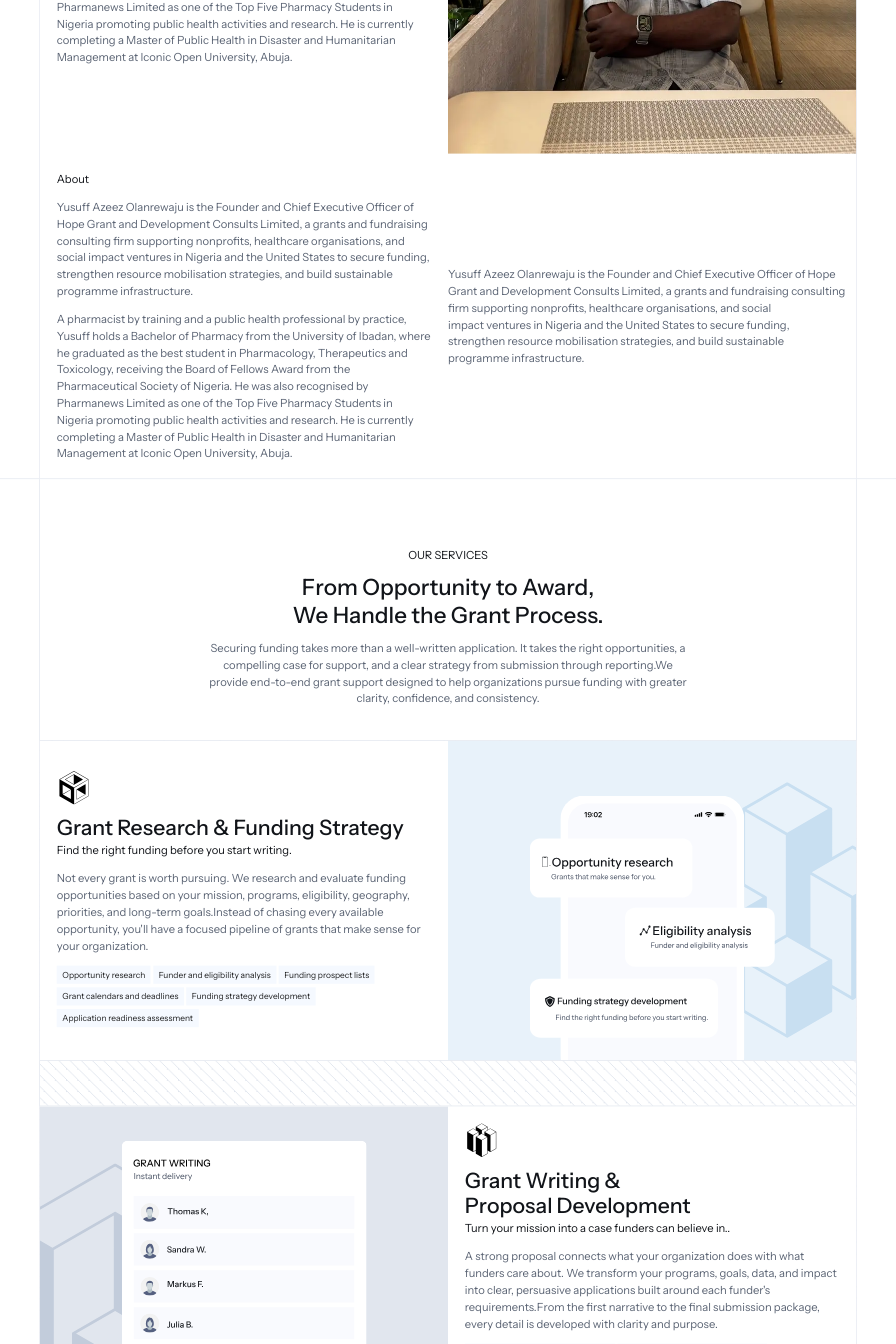
Repository: Ajeyinka/Upgrowth
Page: about.html
These files come from the project's save history. The page is drawn as it stood at one moment and after the next save; the edit follows.
The browser window is 1280 px wide. The pictures show the part of the page from y = 558 to 2478 px (the page is 5331 px tall before and 5307 px after), at 70% of full size.

Above is the page before, as saved 2026-09-24 18:39:06.

### about.html
<!doctype html>
<html lang="en">
  <head>
    <meta charset="UTF-8" />
    <meta name="viewport" content="width=device-width, initial-scale=1.0" />
     <meta
      name="description"
      content="Granted Advisors specialize in helping you scale your impact and secure resources they need to fulfill their mission"
    />
    <meta name="author" content="designer_0layinka" />
    <meta name="robots" content="index, follow" />
    <title>UpGrowth Consulting | grant writing service</title>
    <link rel="stylesheet" href="styles.css" />
    <link rel="icon" type="image/svg" href="images/logo.svg">
     <script src="script.js" defer></script>
  </head>
  <body>

    <nav class="navbar">
      <div class="nav-wrapper">
        <a class="logo" href="/">
           Hope Consults
        </a>

      <ul class="nav-list">
        <li><a href="#about">About Us</a></li>
        <li><a href="#services">Services</a></li>
        <li><a href="#approach">Approach</a></li>
        <li><a href="#faq">Faq</a></li>
      </ul>
      <div class="btn-wrap">
        <a href="contact.html" class="primary-btn"
          >Get in Touch
           <svg xmlns:xlink="http://www.w3.org/1999/xlink"  width="100%" height="100%" viewBox="0 0 16 17" fill="currentColor" xmlns="http://www.w3.org/2000/svg">
<path opacity="0.5" d="M2.66659 8C2.53398 8 2.4068 8.05268 2.31303 8.14645C2.21926 8.24021 2.16659 8.36739 2.16659 8.5C2.16659 8.63261 2.21926 8.75978 2.31303 8.85355C2.4068 8.94732 2.53398 9 2.66659 9L2.66659 8ZM2.66659 9L13.3333 9L13.3333 8L2.66659 8L2.66659 9Z" fill="currentColor"></path>
<path d="M13.9152 8.02637C14.1555 8.32095 14.138 8.75567 13.8634 9.03028L9.86341 13.0303C9.57051 13.3232 9.09575 13.3232 8.80286 13.0303C8.50997 12.7374 8.50997 12.2626 8.80286 11.9697L12.2726 8.5L8.80286 5.03028C8.50997 4.73738 8.50997 4.26262 8.80286 3.96973C9.09575 3.67684 9.57052 3.67684 9.86341 3.96973L13.8634 7.96973L13.9152 8.02637Z" fill="currentColor"></path>
</svg>
        </a>
      </div>
      <div class="btn-toggle-hold">
              <a href="#" class="toggle_button" id="toggle_button">
                <span class="bar one"></span>
                <span class="bar two"></span>
                <span class="bar three"></span>
              </a>

            </div>

    </nav>
    <main>
         <section class="about-section" id="about">
  <div class="container_large">
    <div class="padding_globe">
      <div class="service-component">
        <div class="section-conten">

        <div class="two-col-grid">
            <div class="grid-text">
              <div>
                <div class="eye-brow">About</div>

                <h2>
                  Helping Purpose-Driven Organizations Secure the Funding They
                  Deserve.
                </h2>
              </div>

              <p>
                Yusuff Azeez Olanrewaju is the Founder and Chief Executive Officer of Hope Grant and Development Consults Limited, a grants and fundraising consulting firm supporting nonprofits, healthcare organisations, and social impact ventures in Nigeria and the United States to secure funding, strengthen resource mobilisation strategies, and build sustainable programme infrastructure.



              </p>
              <p>A pharmacist by training and a public health professional by practice, Yusuff holds a Bachelor of Pharmacy from the University of Ibadan, where he graduated as the best student in Pharmacology, Therapeutics and Toxicology, receiving the Board of Fellows Award from the Pharmaceutical Society of Nigeria. He was also recognised by Pharmanews Limited as one of the Top Five Pharmacy Students in Nigeria promoting public health activities and research. He is currently completing a Master of Public Health in Disaster and Humanitarian Management at Iconic Open University, Abuja.</p>
            </div>

            <div class="grid-image">
              <img src="images/consult.webp" alt="" />
            </div>
          </div>

           <div class="two-col-grid">
            <div class="grid-text">
              <div>
                <div class="eye-brow">About</div>


                </h2>
              </div>

              <p>
                Yusuff Azeez Olanrewaju is the Founder and Chief Executive Officer of Hope Grant and Development Consults Limited, a grants and fundraising consulting firm supporting nonprofits, healthcare organisations, and social impact ventures in Nigeria and the United States to secure funding, strengthen resource mobilisation strategies, and build sustainable programme infrastructure.



              </p>
              <p>A pharmacist by training and a public health professional by practice, Yusuff holds a Bachelor of Pharmacy from the University of Ibadan, where he graduated as the best student in Pharmacology, Therapeutics and Toxicology, receiving the Board of Fellows Award from the Pharmaceutical Society of Nigeria. He was also recognised by Pharmanews Limited as one of the Top Five Pharmacy Students in Nigeria promoting public health activities and research. He is currently completing a Master of Public Health in Disaster and Humanitarian Management at Iconic Open University, Abuja.</p>
            </div>

            <div class="grid-image">
               <p>
                Yusuff Azeez Olanrewaju is the Founder and Chief Executive Officer of Hope Grant and Development Consults Limited, a grants and fundraising consulting firm supporting nonprofits, healthcare organisations, and social impact ventures in Nigeria and the United States to secure funding, strengthen resource mobilisation strategies, and build sustainable programme infrastructure.



              </p>
            </div>
          </div>

        </div>
      </div>
    </div>
  </div>
</section>

        <section class="service-section" id="services">
          <div class="container_large">
             <div class="padding_globe">
              <div class="service-component">
                 <div class="section-top">
                  <div class="section-top-text">
                        <div class="eye-brow">OUR SERVICES</div>
                        <h2>From Opportunity to Award, We Handle the Grant Process.</h2>
                         <p>Securing funding takes more than a well-written application. It takes the right opportunities, a compelling case for support, and a clear strategy from submission through reporting.We provide end-to-end grant support designed to help organizations pursue funding with greater clarity, confidence, and consistency.</p>
                  </div>

                 </div>
                 <div class="section-content">
                   <div class="two-col-grid">
                     <div class="grid-text">
                      <img src="images/grant.svg" alt="" srcset="">
                      <div>
                        <h3>Grant Research & Funding Strategy</h3>
                       <div class="eye-brow">Find the right funding before you start writing.</div>
                      </div>
                       <p>Not every grant is worth pursuing. We research and evaluate funding opportunities based on your mission, programs, eligibility, geography, priorities, and long-term goals.Instead of chasing every available opportunity, you'll have a focused pipeline of grants that make sense for your organization.</p>
                        <div class="tags">
                        <div class="tag">Opportunity research</div>
                        <div class="tag">Funder and eligibility analysis</div>
                        <div class="tag">Funding prospect lists</div>
                        <div class="tag">Grant calendars and deadlines</div>
                        <div class="tag">Funding strategy development</div>
                        <div class="tag">Application readiness assessment</div>
                       </div>
                     </div>
                     <div class="grid-image">
                      <img src="images/firstbg.svg" alt="" srcset="">
                      <img src="images/grand-research.svg" alt="" srcset="" class=" rsh">
                    </div>
                   </div>
                    <div class="two-col-grid">

                     <div class="grid-image">
                      <img src="images/secondbg.svg" alt="" srcset="">
                      <img src="images/grantwrite.svg" alt="" srcset="" class="top">
                    </div>
                    <div class="grid-text">
                      <img src="images/grant2.svg" alt="" srcset="">
                      <div>
                        <h3>Grant Writing & Proposal Development</h3>
                       <div class="eye-brow">Turn your mission into a case funders can believe in..</div>
                      </div>
                       <p>A strong proposal connects what your organization does with what funders care about. We transform your programs, goals, data, and impact into clear, persuasive applications built around each funder's requirements.From the first narrative to the final submission package, every detail is developed with clarity and purpose.</p>
                        <div class="tags">
                        <div class="tag">Proposal and narrative development</div>
                        <div class="tag">Letters of inquiry and concept notes</div>
                        <div class="tag">Goals, objectives, and outcomes</div>
                        <div class="tag">Budget narrative support</div>
                        <div class="tag">Application review and editing</div>
                        <div class="tag">Needs statements and program descriptions</div>
                       </div>
                     </div>
                   </div>
                    <div class="two-col-grid">
                     <div class="grid-text">
                      <img src="images/grant3.svg" alt="" srcset="">
                       <div>
                        <h3>Grant Management & Reporting</h3>
                       <div class="eye-brow">Stay funded after the award..</div>
                      </div>
                       <p>Winning a grant creates new responsibilities. Deadlines, reporting requirements, deliverables, renewals, and funder communication all need careful management.We help you stay organized and accountable throughout the grant lifecycle, while positioning your organization for stronger funder relationships and future opportunities.</p>
                       <div class="tags">
                        <div class="tag">Grant calendar management</div>
                        <div class="tag">Reporting and documentation</div>
                        <div class="tag">Progress and impact reports</div>
                        <div class="tag">Compliance tracking</div>
                        <div class="tag">Renewal applications</div>
                        <div class="tag">Funder communication support</div>
                        <div class="tag">Ongoing grant pipeline management</div>
                       </div>
                     </div>
                     <div class="grid-image">
                      <img src="images/thirdbg.svg" alt="" srcset="">
                      <img src="images/grantmanage.svg" alt="" srcset="" class="top">
                    </div>
                   </div>
                 </div>
              </div>
             </div>
          </div>
        </section>
        <section class="approach-section" id="approach">
          <div class="container_large">
             <div class="padding_globe">
              <div class="service-component">
                <div class="section-top">
                  <div class="section-top-text">
                        <div class="eye-brow">OUR APPROACH</div>
                        <h2>The Right Grant.The Right Story.The Right Strategy.</h2>
                         <p>Successful grant funding starts long before the application and continues after the award. Our approach brings research, strategy, writing, and grant management together into one clear process, so every opportunity you pursue has purpose behind it.</p>
                  </div>

                 </div>
                 <div class="section-content">
                   <div class="three-col-grid">
                     <div class="approach-card">
                       <img src="images/grant4.svg" alt="">
                       <div>
                         <div class="eyebrow">DISCOVER</div>
                        <h3>We Start With Your Mission.</h3>
                       </div>
                       <p>Before we search for funding, we take the time to understand your organization, programs, goals, community, and funding priorities. This gives us the foundation to identify opportunities that truly align with the work you do.</p>
                       <div class="eyebrow">Understand the mission. Define the need. Set the direction.</div>
                     </div>
                     <div class="approach-card">
                       <img src="images/grant5.svg" alt="">
                       <div>
                         <div class="eyebrow">RESEARCH</div>
                         <h3>We Find the Right Opportunities.</h3>
                       </div>
                       <p>More grants don't always mean more funding. We research and qualify opportunities based on eligibility, alignment, funding priorities, deadlines, and your likelihood of being a strong candidate.</p>
                        <div class="eyebrow">Less chasing. More strategic opportunities.</div>
                     </div>
                      <div class="approach-card">
                       <img src="images/grant6.svg" alt="">
                       <div>
                         <div class="eyebrow">DEVELOP</div>
                         <h3>We Build a Compelling Case.</h3>
                       </div>
                       <p>We turn your programs, impact, data, and vision into a clear proposal tailored to each funder. Every application is developed to communicate not only what you need, but why your work deserves investment.</p>
                        <div class="eyebrow">Clear narratives. Strong applications. Funder-focused storytelling.</div>
                     </div>
                      <div class="approach-card">
                       <img src="images/grant.svg" alt="">
                       <div>
                         <div class="eyebrow">SUPPORT</div>
                         <h3>We Stay With You Beyond Submission.</h3>
                       </div>
                       <p>Our work doesn't have to end when you hit submit. We can help manage your grant pipeline, reporting requirements, renewals, deadlines, and future opportunities, giving you a more consistent approach to funding.</p>
                        <div class="eyebrow">From first opportunity to long-term funding strategy.</div>
                     </div>


                   </div>
                 </div>
              </div>

             </div>
          </div>
        </section>


        <section class="cta-section rel" id="cta">
          <div class="container_large">
             <div class="padding_globe">
                  <img src="images/bg.svg" alt="" class="bg">
                  <img src="images/bg1.svg" alt="" class="bg2">
                  <div class="cta-component">
                      <h2>Ready to discuss your funding needs?</h2>
                      <p>Schedule a Sales Discovery Call today!</p>
                       <div class="btn-wrapper">
                        <a href="contact.html" class="primary-btn"
                          >Get Grant Support
                           <svg xmlns:xlink="http://www.w3.org/1999/xlink"  width="100%" height="100%" viewBox="0 0 16 17" fill="currentColor" xmlns="http://www.w3.org/2000/svg">
                              <path opacity="0.5" d="M2.66659 8C2.53398 8 2.4068 8.05268 2.31303 8.14645C2.21926 8.24021 2.16659 8.36739 2.16659 8.5C2.16659 8.63261 2.21926 8.75978 2.31303 8.85355C2.4068 8.94732 2.53398 9 2.66659 9L2.66659 8ZM2.66659 9L13.3333 9L13.3333 8L2.66659 8L2.66659 9Z" fill="currentColor"></path>
                              <path d="M13.9152 8.02637C14.1555 8.32095 14.138 8.75567 13.8634 9.03028L9.86341 13.0303C9.57051 13.3232 9.09575 13.3232 8.80286 13.0303C8.50997 12.7374 8.50997 12.2626 8.80286 11.9697L12.2726 8.5L8.80286 5.03028C8.50997 4.73738 8.50997 4.26262 8.80286 3.96973C9.09575 3.67684 9.57052 3.67684 9.86341 3.96973L13.8634 7.96973L13.9152 8.02637Z" fill="currentColor"></path>
                          </svg>
                        </a>
                      </div>
                  </div>
             </div>
          </div>
        </section>

    </main>
      <footer>
             <div class="container_large">
               <div class="padding_globe">
                    <div class="footer-component">
                      <div class="col">
                        <img src="images/footerlogo.svg" alt="">
                        <p>Scale your funding opportunities</p>
                      </div>
                      <div class="col">
                        <h4>Navigate</h4>
                        <ul class="footer-links">
                            <li><a href="index.html#about">About Us</a></li>
                            <li><a href="index.html#services">Services</a></li>
                            <li><a href="index.html#approach">Approach</a></li>
                            <li><a href="contact.html">Get in Touch</a></li>
                        </ul>
                      </div>
                      <div class="col">
                        <h4>Services</h4>
                        <ul class="footer-links">
                            <li><a href="index.html#services">Grant Writing</a></li>
                            <li><a href="index.html#services">Grant Research</a></li>
                            <li><a href="index.html#services">Grant Management</a></li>
                            </ul>
                      </div>
                      <div class="col">
                        <h4>Legal</h4>
                        <ul class="footer-links">
                            <li><a href="privacy.html">Privacy notice</a></li>
                            <li><a href="cookie-policy.html">cookie policy</a></li>
                            <li><a href="contact.html">Contact Us</a></li>
                        </ul>
                      </div>
                      <div class="footer-btm">
                        <p>© 2024 UpGrowth.</p>
                      </div>
                    </div>
             </div>
        </footer>
  </body>
</html>

Loaded but not shown: images/grand-research.svg (58 lines, source omitted); images/grantmanage.svg (52 lines, source omitted); images/grantwrite.svg (95 lines, source omitted); images/footerlogo.svg (25 lines, source omitted); images/bg1.svg (4 lines, source omitted); images/bg.svg (5 lines, source omitted); images/grant4.svg (5 lines, source omitted); images/grant3.svg (3 lines, source omitted); images/grant5.svg (3 lines, source omitted); images/grant6.svg (3 lines, source omitted); images/grant2.svg (3 lines, source omitted); images/grant.svg (5 lines, source omitted); images/secondbg.svg (11 lines, source omitted); images/thirdbg.svg (4 lines, source omitted); script.js (76 lines, source omitted); styles.css (1070 lines, source omitted)

After the next save:
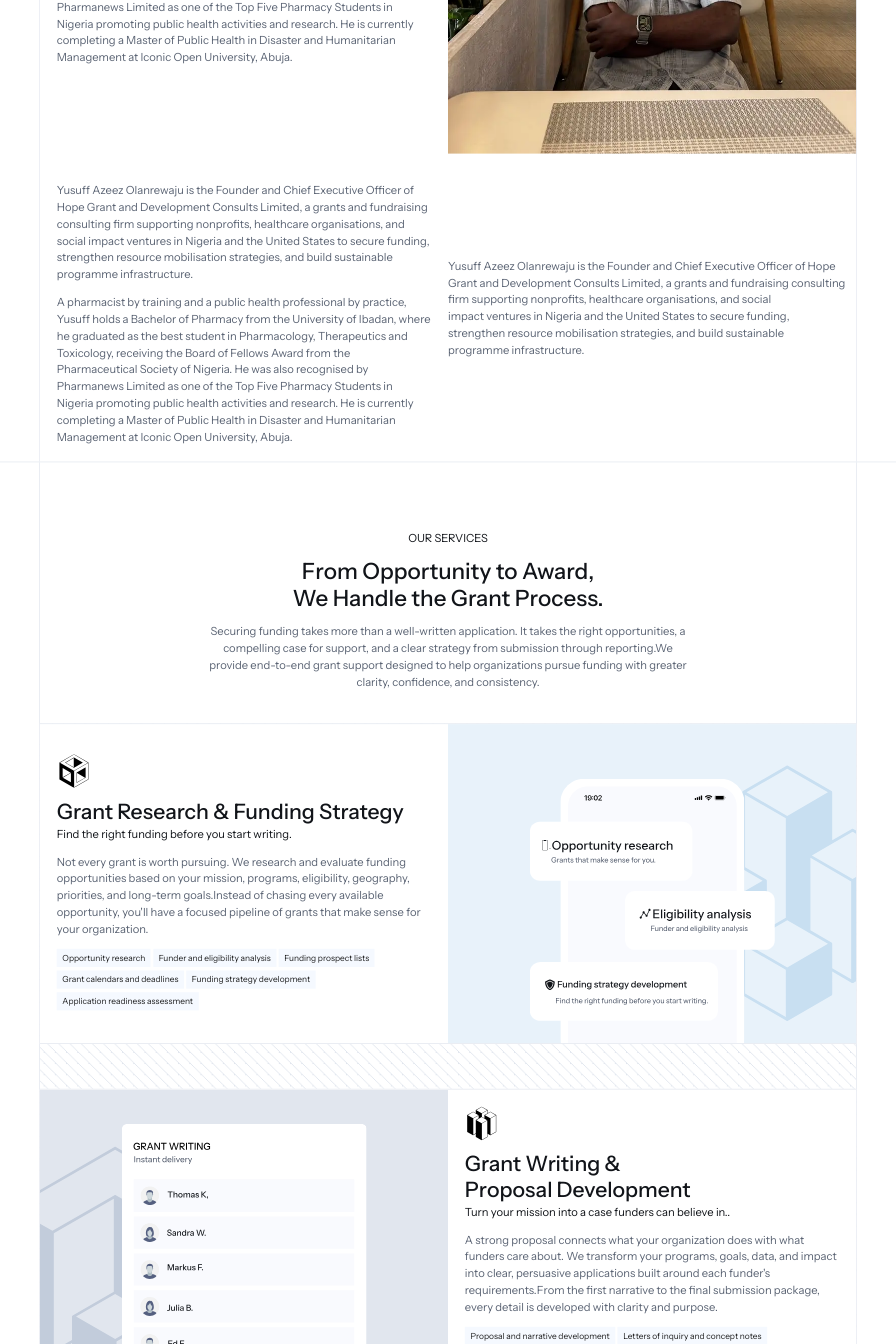
Saved 5 s later.
--- a/about.html
+++ b/about.html
@@ -82,7 +82,7 @@
            <div class="two-col-grid">
             <div class="grid-text">
               <div>
-                <div class="eye-brow">About</div>
+
 
 
                 </h2>
